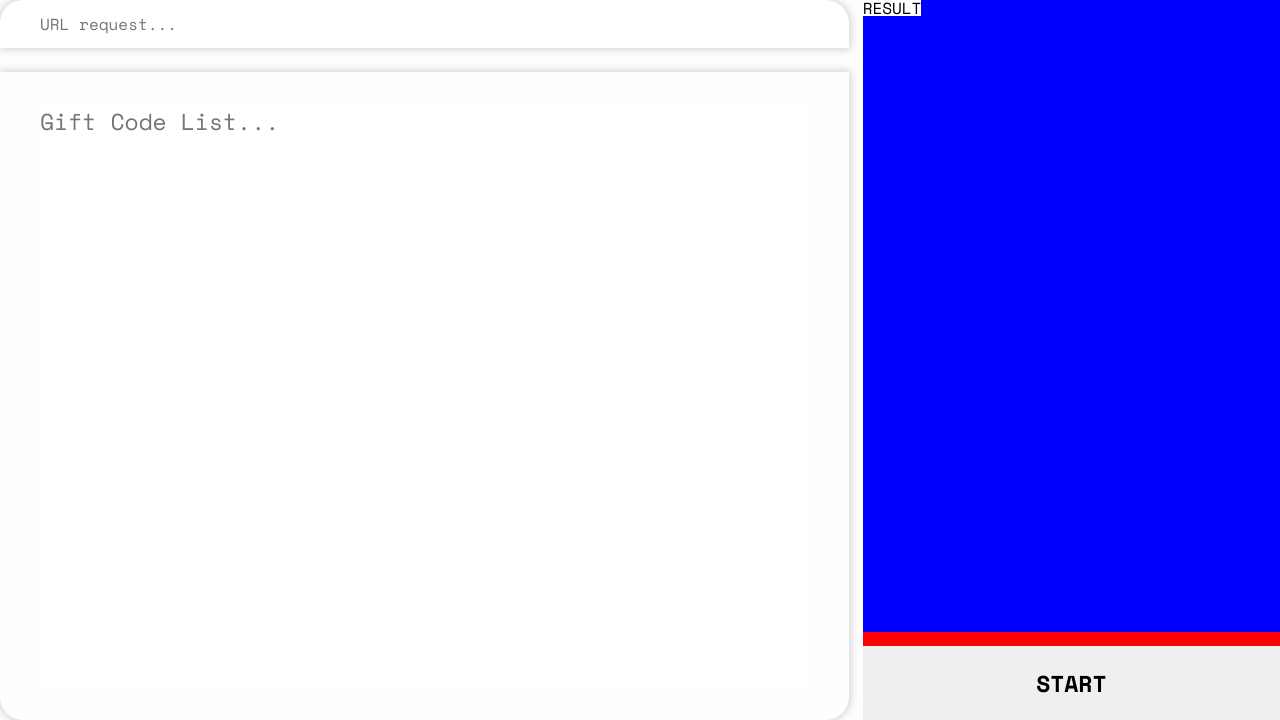
Repository: 777hanh777hanh/test
Page: index.html
These files come from the project's save history. The page is drawn as it stood at one moment and after the next save; the edit follows.
The browser window is 1280 px wide. The pictures show the whole page.

Above is the page before, as saved 2023-06-30 17:40:03.

After the next save:
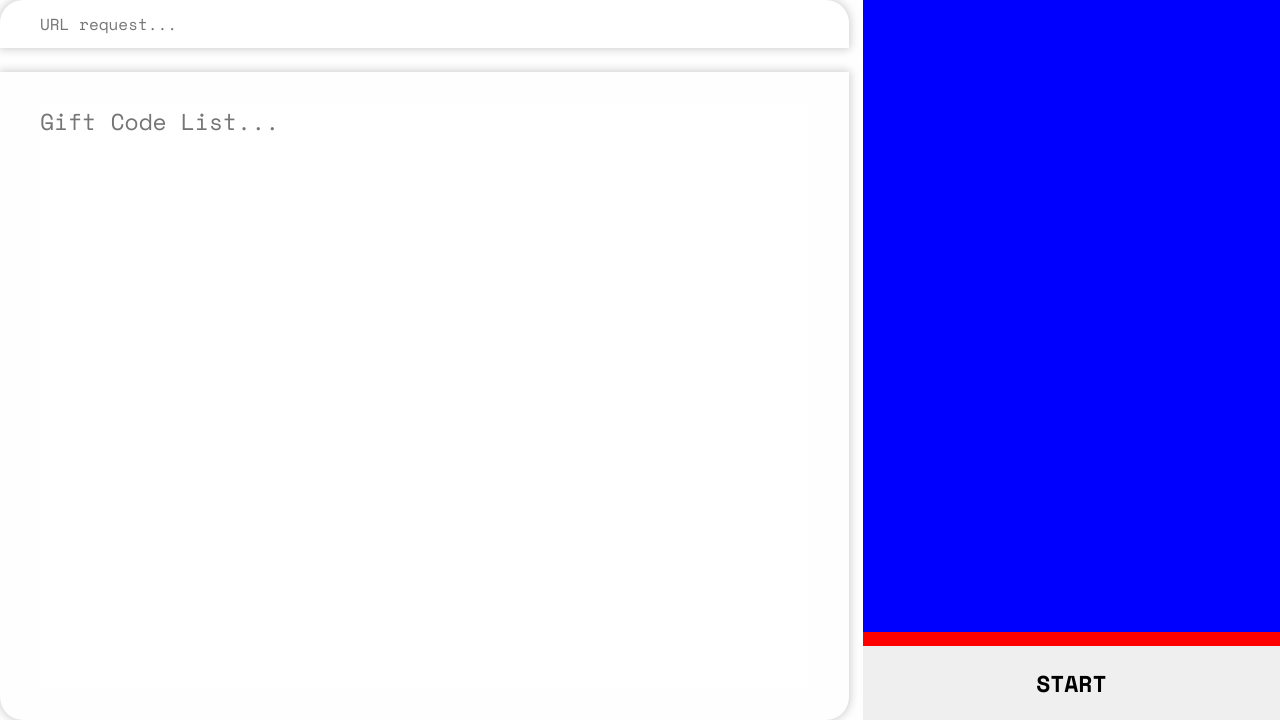
Saved 6 s later.
--- a/assets/css/style.css
+++ b/assets/css/style.css
@@ -101,7 +101,7 @@ html *::-webkit-scrollbar-track {
     text-transform: uppercase;
     z-index: 1;
     background: #fff;
-    transform: rotateX('angle');
+    transform: rotateX(90deg);
 }
 
 .btn {
